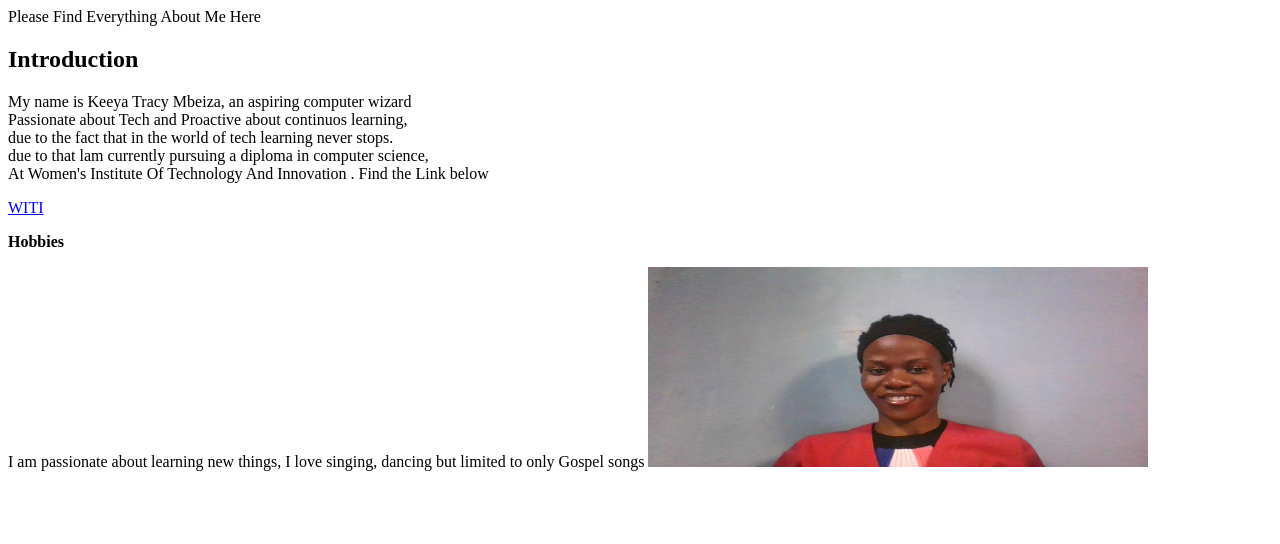
Repository: tracykeeya/my_first_web
Page: index.html
An editor plug-in stored every save of this project. The page is shown before and after the next save, followed by the edit.
The browser window is 1280 px wide. The pictures show the whole page.

Above is the page before, as saved 2025-11-03 02:52:11.

After the next save:
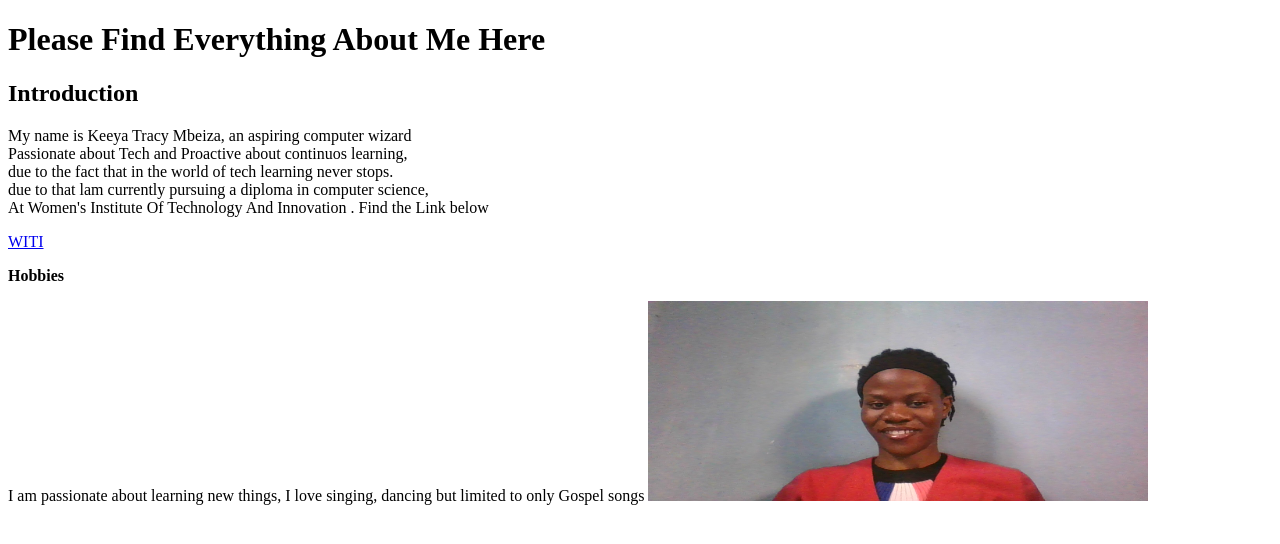
Saved 4 s later.
--- a/index.html
+++ b/index.html
@@ -6,7 +6,7 @@
     <title>My First Web Page</title>
 </head>
 <body>
-    <h1S>Please Find Everything About Me Here</h1>
+    <h1 s>Please Find Everything About Me Here</h1>
     <h2>Introduction</h2>
 
     <p>My name is Keeya Tracy Mbeiza, an aspiring computer wizard<br>Passionate about Tech and Proactive about continuos learning,<br> due to the fact that in the world of tech learning never stops.<br> due to that lam currently pursuing a diploma in computer science,<br>
